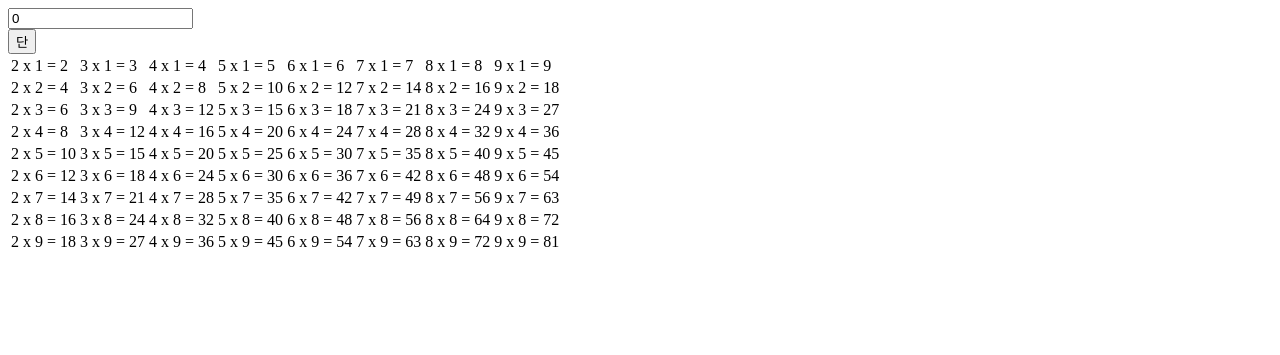
Repository: 5anniversary/JSPhw
Page: http://localhost/lecture1/test/mid1.jsp
An editor plug-in stored every save of this project. The page is shown before and after the next save, followed by the edit.
The browser window is 1280 px wide. The pictures show the whole page.
The page is served by Tomcat 9.

Above is the page before, as saved 2020-05-04 03:08:30.

After the next save:
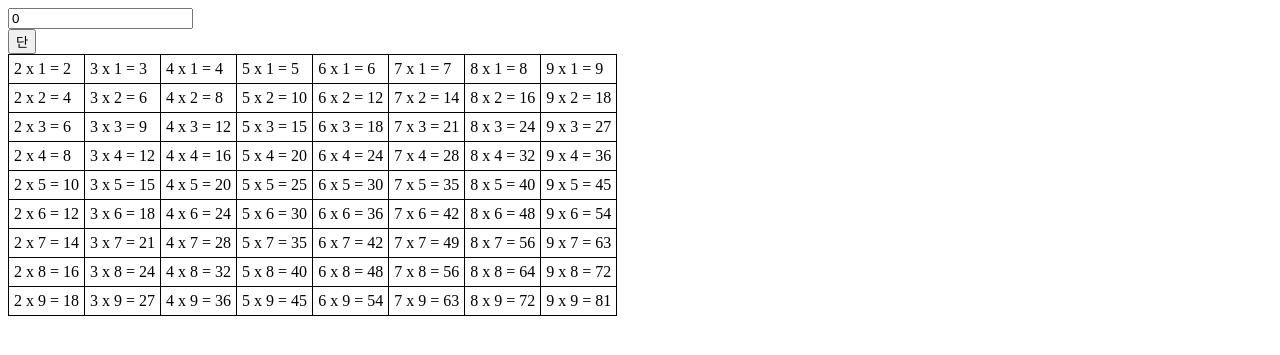
Saved 22 s later.
--- a/lecture1/WebContent/test/mid1.jsp
+++ b/lecture1/WebContent/test/mid1.jsp
@@ -2,8 +2,20 @@
 	pageEncoding="UTF-8"%>
 <!DOCTYPE html>
 <html>
+
 <head>
 <meta charset="UTF-8">
+<style>
+table {
+	border: 1px solid;
+	border-collapse: collapse;
+}
+
+tr, td {
+	border: 1px solid;
+	padding: 5px;
+}
+</style>
 <title>Insert title here</title>
 </head>
 <body>
